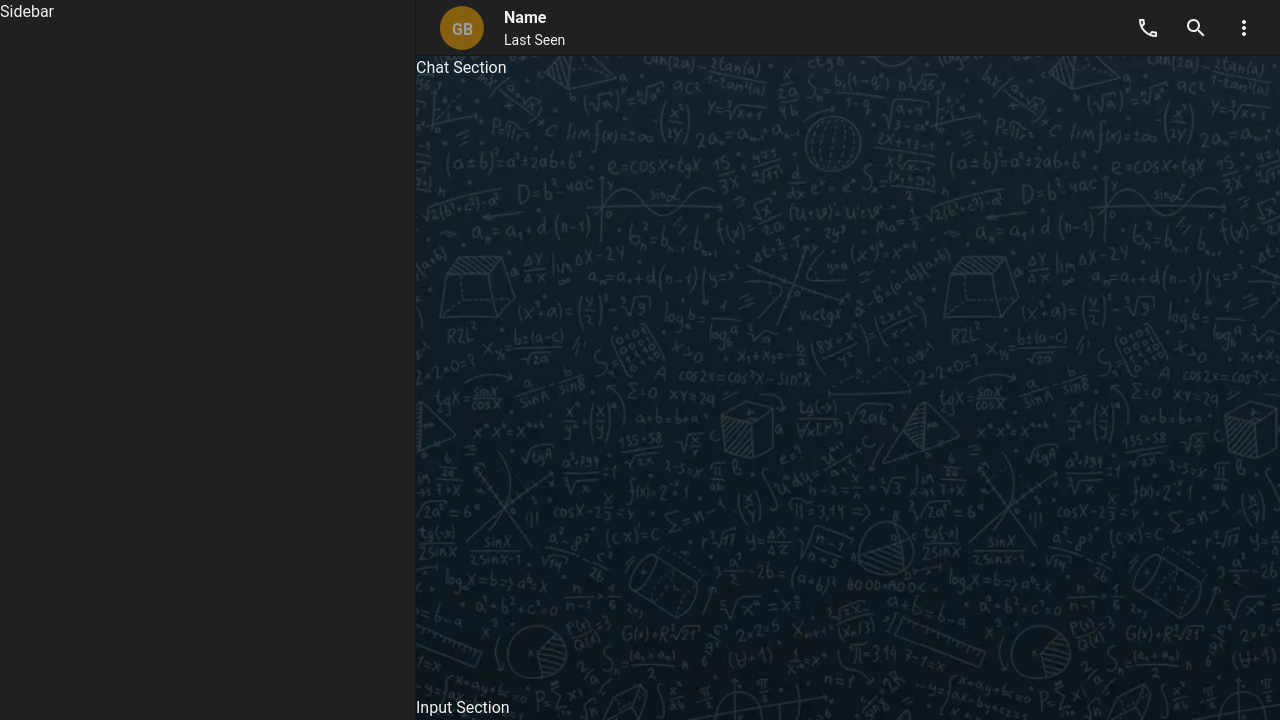
Repository: Qu4ntumGuy/telegram-clone
Page: /
An editor plug-in stored every save of this project. The page is shown before and after the next save, followed by the edit.
The browser window is 1280 px wide. The pictures show the whole page.
The project was rebuilt for these pictures with package versions that can differ from the ones it lists, and the page was loaded fresh each time. Also part of the build but not shown: src/Utils/ContextProvider.js, src/Pages/ChatPage.js/ChatPage.js.

Above is the page before, as saved 2024-07-15 12:13:19.

After the next save:
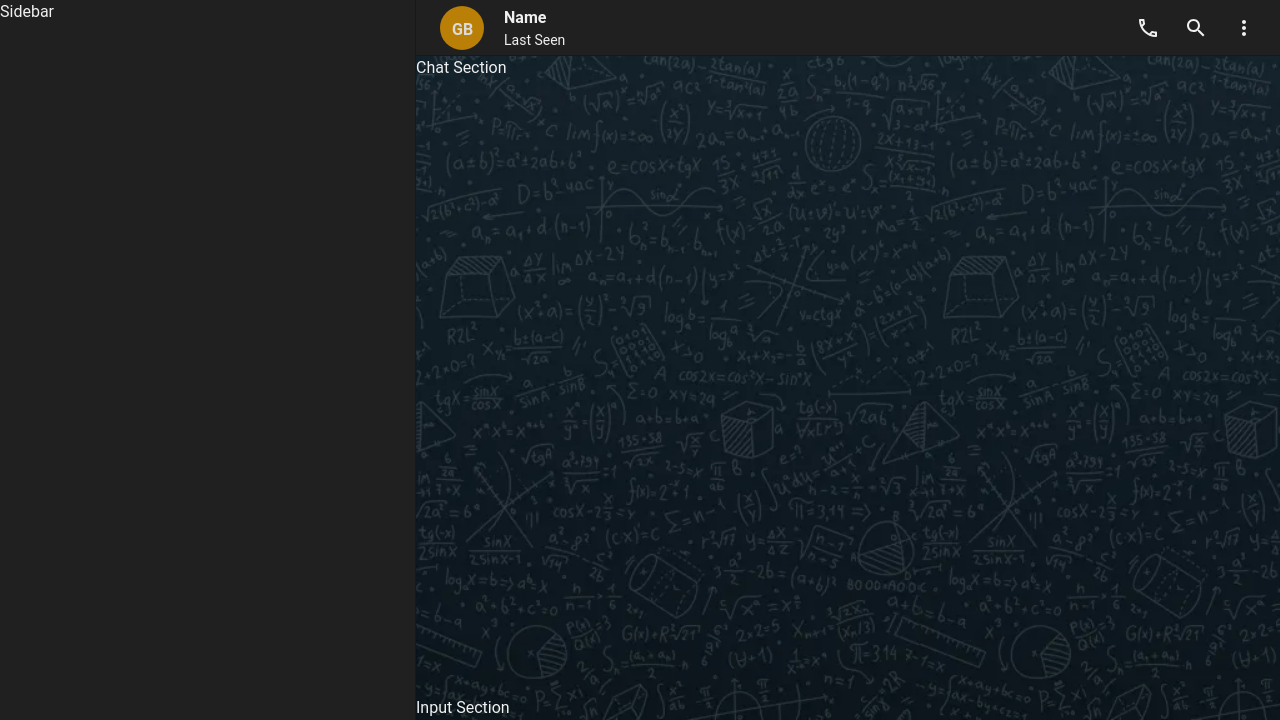
Saved 8 s later.
--- a/src/Components/Topbar.js
+++ b/src/Components/Topbar.js
@@ -7,7 +7,7 @@ function Topbar() {
   return (
     <div className="flex px-6 h-14">
       <div className="flex-1 flex items-center">
-        <div className="bg-yellow-600 opacity-60 p-3 rounded-full h-11 w-11 text-center align-middle font-bold">
+        <div className="bg-yellow-600 opacity-90 p-3 rounded-full h-11 w-11 text-center align-middle font-bold">
           GB
         </div>
         <div className="flex flex-col pl-5 w-full">
